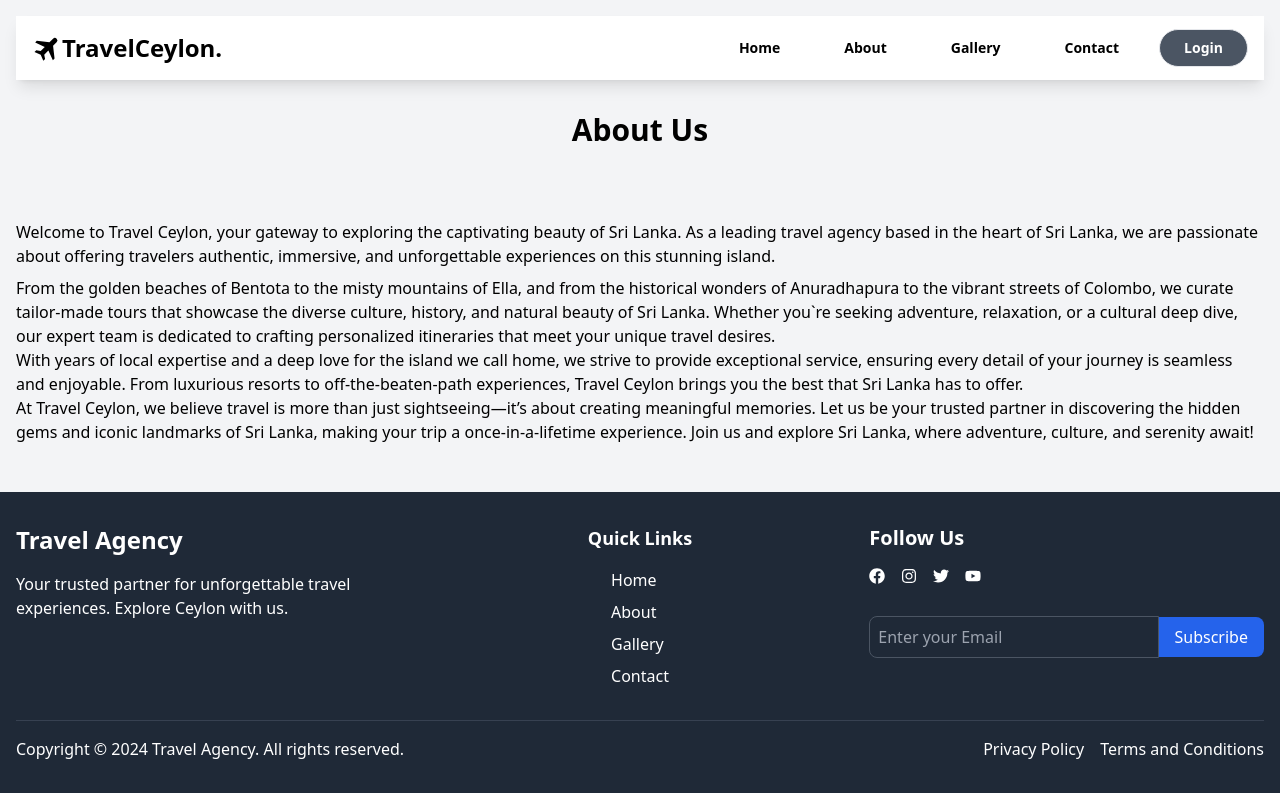
Repository: thisara199/Travel-Agency-Website
Page: /about
An editor plug-in stored every save of this project. The page is shown before and after the next save, followed by the edit.
The browser window is 1280 px wide. The pictures show the whole page.
The project was rebuilt for these pictures with package versions that can differ from the ones it lists, and the page was loaded fresh each time. Also part of the build but not shown: vite.config.js, src/components/HeroSection/HeroSection.jsx, src/components/FeaturedDestination/FeaturedDestination.jsx, src/components/Testimonials/Testimonials.jsx, src/components/Banner/Banner.jsx, src/pages/Home.jsx.

Above is the page before, as saved 2024-09-04 19:30:39.

### index.html
<!doctype html>
<html lang="en">
  <head>
    <meta charset="UTF-8" />
    <link rel="icon" type="image/svg+xml" href="/public/favicon-32x32.png" />
    <meta name="viewport" content="width=device-width, initial-scale=1.0" />
    <title>Travel Agency</title>
  </head>
  <body>
    <div id="root"></div>
    <script type="module" src="/src/main.jsx"></script>
  </body>
</html>

### src/App.jsx
import { BrowserRouter, Routes, Route } from 'react-router-dom'
import Home from './pages/Home'
import Navbar from './components/Navbar/Navbar'
import Footer from './components/Footer/Footer'
import About from './pages/About'

const App = () => {
  return (
    <BrowserRouter>
    <Navbar />
       <Routes>
        <Route path='/' element={<Home />} />
        <Route path='/about' element={<About />} />
       </Routes>
    <Footer />
    </BrowserRouter>
  )
}

export default App

### src/components/Navbar/Navbar.jsx
import { FaBars, FaTimes } from "react-icons/fa"
import { Link } from "react-router-dom"
import { useState } from "react"
import { BiSolidPlaneAlt } from "react-icons/bi";


const Navbar = () => {
  const [isOpen, setIsOpen] = useState(false)
  return (
    <nav className="fixed top-0 left-0 right-0 z-10 m-4 bg-white shadow-lg">
      <div className="container flex items-center justify-between h-16 px-4">
        <div className="flex items-center">
        <BiSolidPlaneAlt className="text-3xl"/>
        <h3 className="text-2xl font-bold">TravelCeylon.</h3>
        </div>
        <div className="items-center hidden space-x-4 text-sm font-bold md:flex ">
          <Link to="/" className="px-6 py-2 hover:bg-gray-600 hover:text-white">Home</Link>
          <Link to="/about" className="px-6 py-2 hover:bg-gray-600 hover:text-white">About</Link>
          <Link to="/gallery" className="px-6 py-2 hover:bg-gray-600 hover:text-white">Gallery</Link>
          <Link to="/contact" className="px-6 py-2 hover:bg-gray-600 hover:text-white">Contact</Link>
          <button className="px-6 py-2 text-white bg-gray-600 border rounded-full hover:scale-105 hover:bg-gray-500">Login</button>
        </div>
        <div className="md:hidden">
          <button onClick={() => setIsOpen(!isOpen)}>
            {isOpen ? <FaTimes /> : <FaBars />}
          </button>
        </div>
      </div>
      <div>
        {isOpen && (
           <div className="flex flex-col items-center pb-10 space-y-6 font-bold bg-white md:hidden">
           <Link to="/" className="px-6 py-2 hover:bg-gray-600 hover:text-white">Home</Link>
           <Link to="/about" className="px-6 py-2 hover:bg-gray-600 hover:text-white">About</Link>
           <Link to="/gallery" className="px-6 py-2 hover:bg-gray-600 hover:text-white">Gallery</Link>
           <Link to="/about" className="px-6 py-2 hover:bg-gray-600 hover:text-white">About</Link>
           <button className="px-6 py-2 text-white bg-gray-600 border rounded-full hover:scale-105 hover:bg-gray-500">Login</button>
         </div>
        )}
      </div>
    </nav>
  )
}

export default Navbar

### src/components/Footer/Footer.jsx
import { FaFacebook, FaInstagram, FaYoutube } from "react-icons/fa";
import { FaTwitter } from "react-icons/fa6";
import { Link } from "react-router-dom";

const Footer = () => {
  return (
    <div className="py-8 text-white bg-gray-800">
      <div className="container px-4 mx-auto">
        <div className="grid gap-8 sm:grid-cols-1 lg:grid-cols-3">
          <div>
            <h2 className="mb-4 text-2xl font-bold">Travel Agency</h2>
            <p className="mb-4">
              Your trusted partner for unforgettable travel experiences. Explore
              Ceylon with us.
            </p>
          </div>
          <div className="flex flex-col md:items-center">
            <h4 className="text-lg font-semibold">Quick Links</h4>
            <div className="flex flex-col mt-4 space-y-2">
              <Link to="/">Home</Link>
              <Link to="/about">About</Link>
              <Link to="/gallery">Gallery</Link>
              <Link to="/contact">Contact</Link> {/* Updated link */}
            </div>
          </div>
          <div>
            <h2 className="mb-4 text-xl font-bold">Follow Us</h2>
            <div className="flex mb-4 space-x-4">
              <FaFacebook className="text-white hover:text-gray-400" aria-label="Facebook" />
              <FaInstagram className="text-white hover:text-gray-400" aria-label="Instagram" />
              <FaTwitter className="text-white hover:text-gray-400" aria-label="Twitter" />
              <FaYoutube className="text-white hover:text-gray-400" aria-label="YouTube" />
            </div>
            <form action="" className="flex items-center mt-8">
              <input
                type="email"
                placeholder="Enter your Email"
                className="w-full p-2 bg-gray-800 border border-gray-600 rounded-l-lg"
              />
              <button
                type="submit"
                className="px-4 py-2 text-white bg-blue-600 rounded-r-lg hover:bg-blue-700"
              >
                Subscribe
              </button>
            </form>
          </div>
        </div>
        <div className="flex justify-between pt-4 mt-8 border-t border-gray-700">
          <p>Copyright &copy; 2024 Travel Agency. All rights reserved.</p>
          <div className="flex space-x-4">
            <Link to="/privacy" className="hover:text-gray-400">Privacy Policy</Link>
            <Link to="/terms" className="hover:text-gray-400">Terms and Conditions</Link>
          </div>
        </div>
      </div>
    </div>
  );
};

export default Footer;

### src/pages/About.jsx


const About = () => {
  return (
    <div className="py-12 bg-gray-100">
      <div className="container px-4 mx-auto">
        <h2 className="my-16 text-3xl font-bold text-center">About Us</h2>
        <p className="py-2">Welcome to Travel Ceylon, your gateway to exploring the captivating beauty of Sri Lanka. As a leading travel agency based in the heart of Sri Lanka, we are passionate about offering travelers authentic, immersive, and unforgettable experiences on this stunning island.</p>
        <p>From the golden beaches of Bentota to the misty mountains of Ella, and from the historical wonders of Anuradhapura to the vibrant streets of Colombo, we curate tailor-made tours that showcase the diverse culture, history, and natural beauty of Sri Lanka. Whether you`re seeking adventure, relaxation, or a cultural deep dive, our expert team is dedicated to crafting personalized itineraries that meet your unique travel desires.</p>
        <p>With years of local expertise and a deep love for the island we call home, we strive to provide exceptional service, ensuring every detail of your journey is seamless and enjoyable. From luxurious resorts to off-the-beaten-path experiences, Travel Ceylon brings you the best that Sri Lanka has to offer.</p>
        <p>At Travel Ceylon, we believe travel is more than just sightseeing—it’s about creating meaningful memories. Let us be your trusted partner in discovering the hidden gems and iconic landmarks of Sri Lanka, making your trip a once-in-a-lifetime experience. Join us and explore Sri Lanka, where adventure, culture, and serenity await!</p>
      </div>
    </div>
  )
}

export default About

### src/components/Services/Services.jsx
import { FaConciergeBell, FaHotel, FaPlane, FaUmbrellaBeach } from 'react-icons/fa';

const services = [
  {
    icon: <FaPlane className='text-4xl text-blue-500' />,
    title: 'Flight Booking',
    description: 'Effortlessly book your flights with our streamlined process and find the best deals.',
  },
  {
    icon: <FaHotel className='text-4xl text-blue-500' />,
    title: 'Hotel Booking',
    description: 'Secure your ideal hotel stay quickly with our simple booking system and exclusive offers.',
  },
  {
    icon: <FaUmbrellaBeach className='text-4xl text-blue-500' />,
    title: 'Beach Tours',
    description: 'Discover pristine beaches and breathtaking views with our curated beach tour packages.',
  },
  {
    icon: <FaConciergeBell className='text-4xl text-blue-500' />,
    title: 'Concierge Services',
    description: 'Enjoy personalized concierge services that cater to all your needs, ensuring a seamless experience.',
  },
];

const Services = () => {
  return (
    <div className='py-12 bg-gray-100'>
      <div className='container px-4 mx-auto'>
        <h2 className='mb-8 text-3xl font-bold text-center'>Our Services</h2>
        <div data-aos="flip-left" className='grid gap-6 sm:grid-cols-2 lg:grid-cols-3 xl:grid-cols-4 '>
          {services.map((service) => (
            <div  key={service.title} className='flex flex-col items-center p-8 transition duration-300 transform bg-white rounded-lg shadow-md cursor-pointer hover:scale-110'>
              <div className='flex justify-center py-6 mb-4'>
                {service.icon}
              </div>
              <h3 className='mb-2 text-xl font-bold text-center'>{service.title}</h3>
              <p className='py-5 text-center text-gray-600'>{service.description}</p>
            </div>
          ))}
        </div>
      </div>
    </div>
  );
};

export default Services;

Loaded but not shown: src/main.jsx (common file); src/index.css (common file); tailwind.config.js (common file)

After the next save:
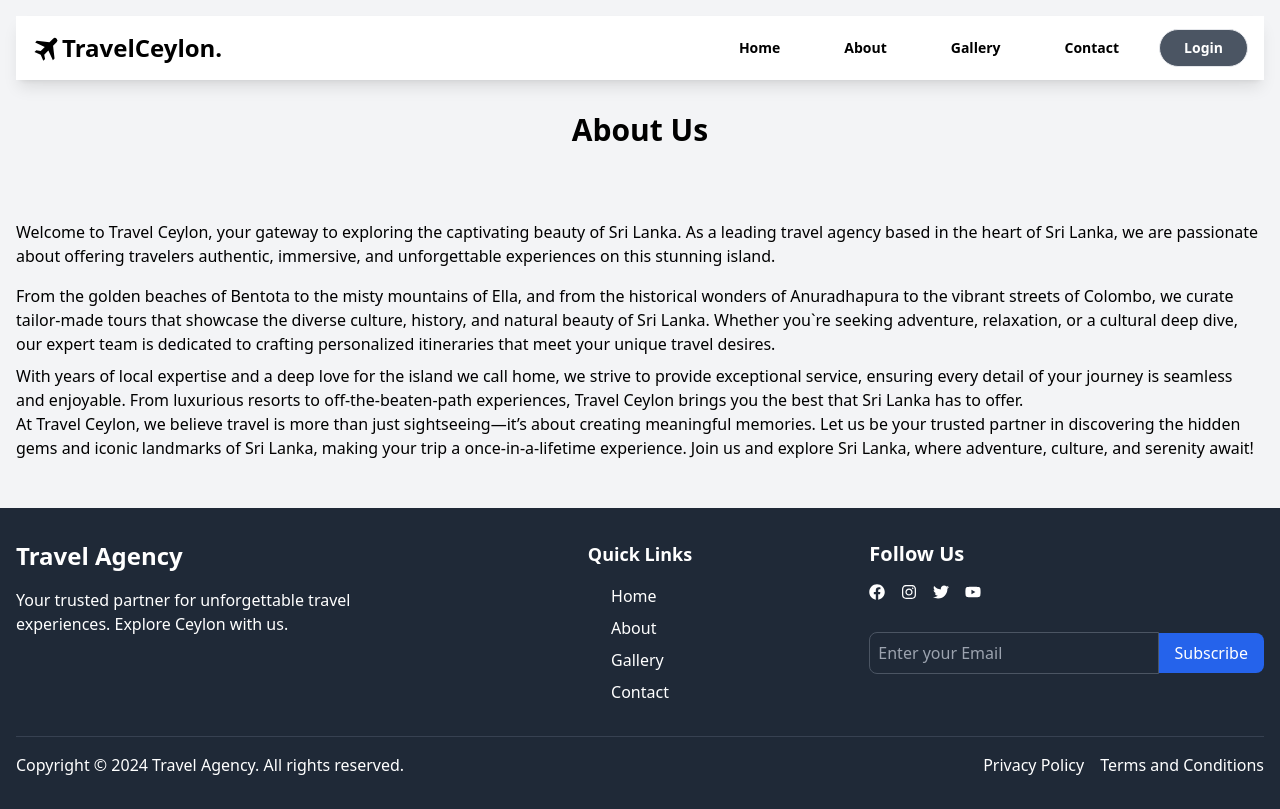
Saved 7 s later.
--- a/src/pages/About.jsx
+++ b/src/pages/About.jsx
@@ -6,7 +6,7 @@ const About = () => {
       <div className="container px-4 mx-auto">
         <h2 className="my-16 text-3xl font-bold text-center">About Us</h2>
         <p className="py-2">Welcome to Travel Ceylon, your gateway to exploring the captivating beauty of Sri Lanka. As a leading travel agency based in the heart of Sri Lanka, we are passionate about offering travelers authentic, immersive, and unforgettable experiences on this stunning island.</p>
-        <p>From the golden beaches of Bentota to the misty mountains of Ella, and from the historical wonders of Anuradhapura to the vibrant streets of Colombo, we curate tailor-made tours that showcase the diverse culture, history, and natural beauty of Sri Lanka. Whether you`re seeking adventure, relaxation, or a cultural deep dive, our expert team is dedicated to crafting personalized itineraries that meet your unique travel desires.</p>
+        <p className="py-2">From the golden beaches of Bentota to the misty mountains of Ella, and from the historical wonders of Anuradhapura to the vibrant streets of Colombo, we curate tailor-made tours that showcase the diverse culture, history, and natural beauty of Sri Lanka. Whether you`re seeking adventure, relaxation, or a cultural deep dive, our expert team is dedicated to crafting personalized itineraries that meet your unique travel desires.</p>
         <p>With years of local expertise and a deep love for the island we call home, we strive to provide exceptional service, ensuring every detail of your journey is seamless and enjoyable. From luxurious resorts to off-the-beaten-path experiences, Travel Ceylon brings you the best that Sri Lanka has to offer.</p>
         <p>At Travel Ceylon, we believe travel is more than just sightseeing—it’s about creating meaningful memories. Let us be your trusted partner in discovering the hidden gems and iconic landmarks of Sri Lanka, making your trip a once-in-a-lifetime experience. Join us and explore Sri Lanka, where adventure, culture, and serenity await!</p>
       </div>
